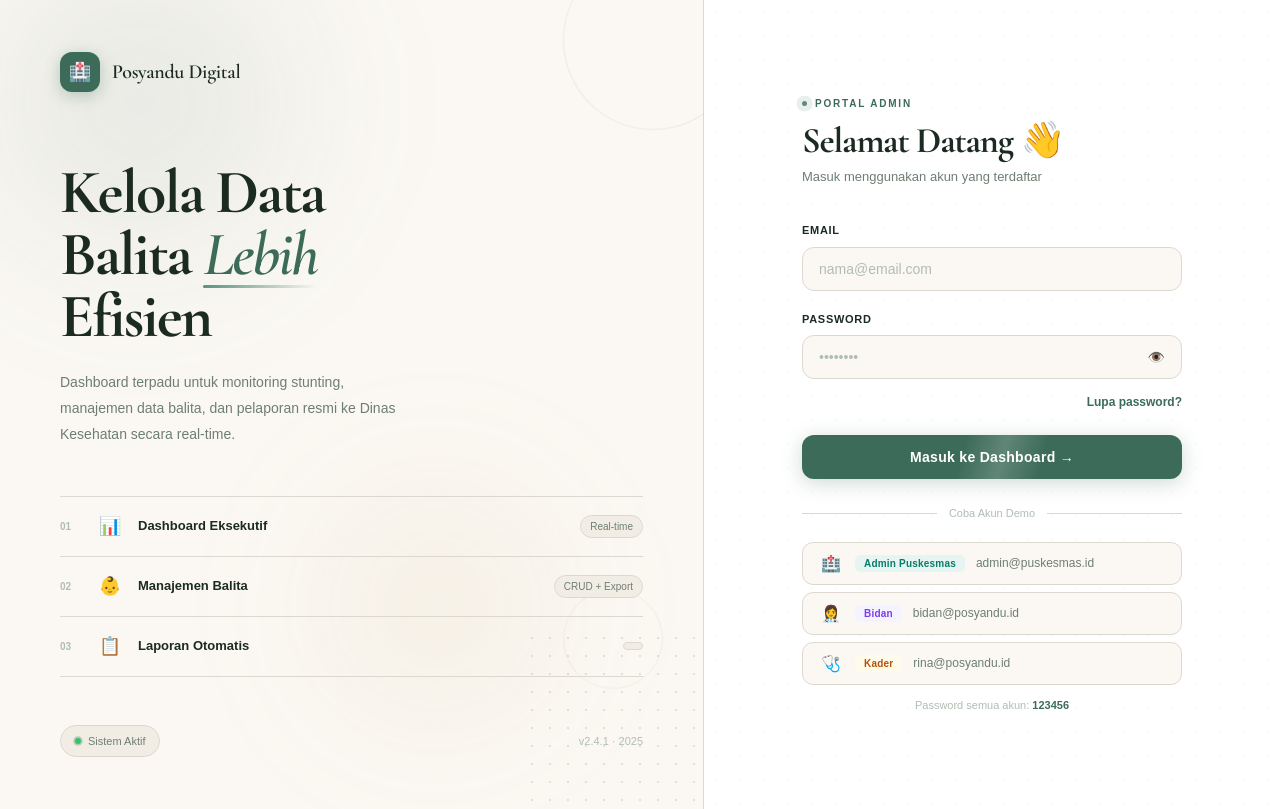
Repository: RiskyXfebriansyah/project_pui
Page: /
The author's editor kept a copy of each file at every save. The page is drawn from the files as they stood at one save, then again after the next save.
The browser window is 1280 px wide. The pictures show the whole page.
Some web fonts or font styles are not loaded; a fallback is used. The project was rebuilt for these pictures with package versions that can differ from the ones it lists, and the page was loaded fresh each time. Also part of the build but not shown: vite.config.js, src/utils/helpers.js, src/components/ui/Components.jsx, src/data/dummyData.js, src/pages/DashboardPage.jsx, src/pages/BalitaPage.jsx, src/pages/LaporanPage.jsx, src/pages/JadwalPage.jsx and 3 more.

Above is the page before, as saved 2026-03-03 08:25:15.

After the next save:
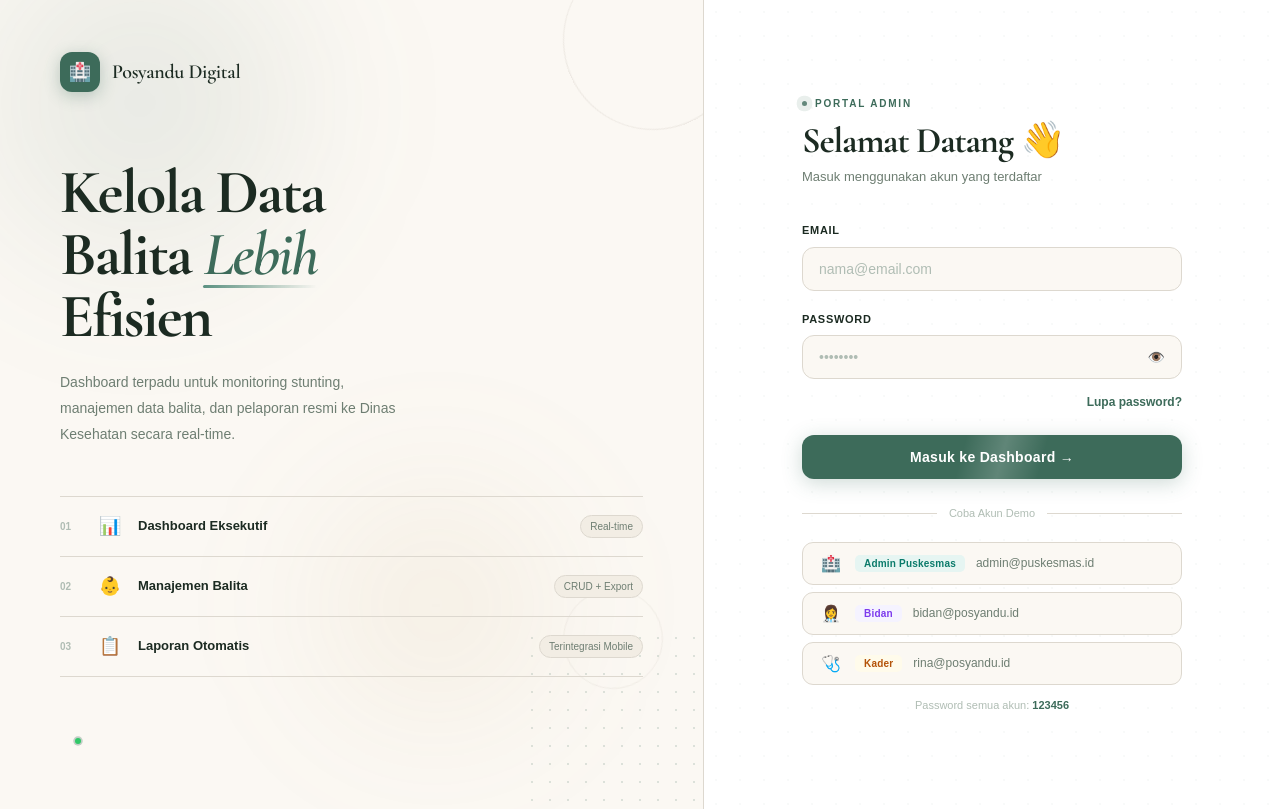
Saved 24 s later.
--- a/src/pages/LoginPage.jsx
+++ b/src/pages/LoginPage.jsx
@@ -651,7 +651,7 @@ export default function LoginPage({ onLogin, error: externalError }) {
               {[
                 ['📊','Dashboard Eksekutif','Real-time'],
                 ['👶','Manajemen Balita','CRUD + Export'],
-                ['📋','Laporan Otomatis',''],
+                ['📋','Laporan Otomatis','Terintegrasi Mobile'],
               ].map(([ico, name, tag], i) => (
                 <div
                   key={name}
